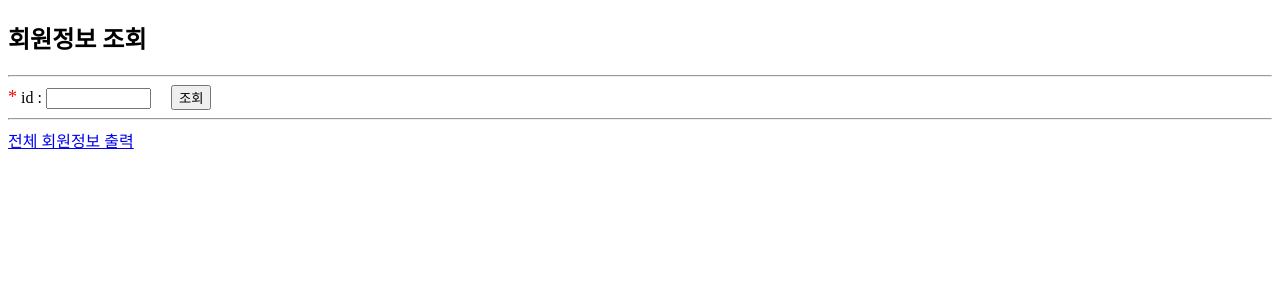
Repository: chuni90/bigdata
Page: http://localhost/tutorial_04/view/Search_form.jsp
These files come from the project's save history. The page is drawn as it stood at one moment and after the next save; the edit follows.
The browser window is 1280 px wide. The pictures show the whole page.
The page is served by Tomcat 9.

Above is the page before, as saved 2019-09-24 08:12:03.

After the next save:
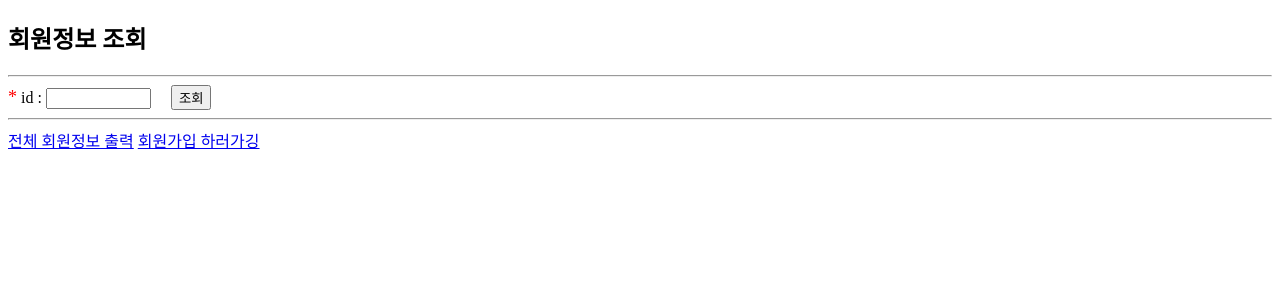
Saved 42 s later.
--- a/2. Java DB/Oracle/tutorial_04/WebContent/view/Search_form.jsp
+++ b/2. Java DB/Oracle/tutorial_04/WebContent/view/Search_form.jsp
@@ -16,6 +16,7 @@
 		</form>
 		<hr>
 		<a href="/tutorial_04/all_member">전체 회원정보 출력</a>
+		<a href="/tutorial_04/add_member">회원가입 하러가깅</a>
 
 	</body>
 </html>
